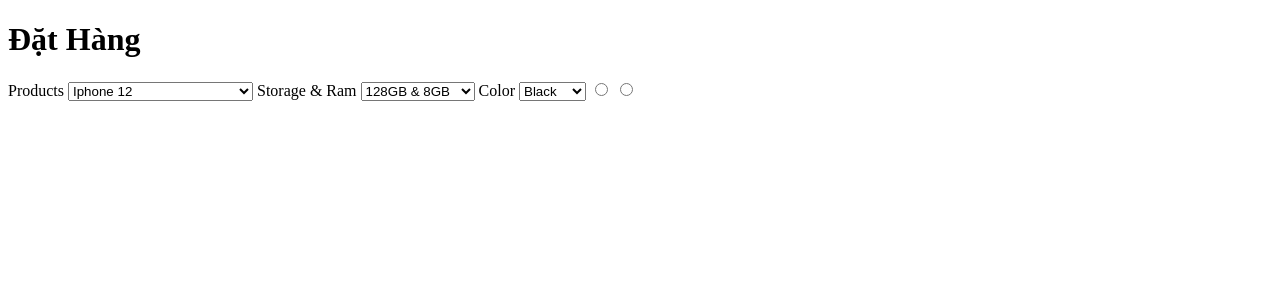
Repository: hisu87/WEB1043-JS
Page: Lab-Done-JS/Lab-7/html/Oder.html
The author's editor kept a copy of each file at every save. The page is drawn from the files as they stood at one save, then again after the next save.
The browser window is 1280 px wide. The pictures show the whole page.

Above is the page before, as saved 2023-04-08 12:55:36.

### Lab-Done-JS/Lab-7/html/Oder.html
<!DOCTYPE html>
<html lang="en">

<head>
    <meta charset="UTF-8">
    <meta http-equiv="X-UA-Compatible" content="IE=edge">
    <meta name="viewport" content="width=device-width, initial-scale=1.0">
    <title>Oder</title>
</head>

<body>
    <h1>Đặt Hàng</h1>
    <form action="#">
        <label for="products">Products</label>
        <select name="products" id="products">
            <option value="1">Iphone 12</option>
            <option value="2">Iphone 12 Pro</option>
            <option value="3">Iphone 12 Pro Max</option>
            <option value="4">Iphone 12 Mini</option>
            <option value="5">SamSung Note 20 Ultra</option>
            <option value="6">SamSung Note 20</option>
            <option value="7">SamSung Note 20 Ultra 5G</option>
            <option value="8">SamSung Note 23 5G</option>
            <option value="9">SamSung Note 20 Ultra 5G</option>
            <option value="10">SamSung Note 20 Ultra 5G</option>
            <option value="11">Pixel 4Xl</option>
            <option value="12">Pixel 4</option>
            <option value="13">Pixel 4A</option>
            <option value="14">Pixel 6</option>
            <option value="15">Pixel 6 Pro</option>
            <option value="16">Pixel 7 Pro </option>
            <option value="17">Pixel 7</option>
        </select>
        <label for="storageandram">Storage & Ram</label>
        <select name="storageandram" id="storageandram">
            <option value="1">128GB & 8GB</option>
            <option value="2">256GB & 8GB</option>
            <option value="3">512GB & 8GB</option>
            <option value="4">1TB & 8GB</option>
            <option value="5">128GB & 12GB</option>
            <option value="6">256GB & 12GB</option>
            <option value="7">512GB & 12GB</option>
            <option value="8">1TB & 12GB</option>
            <option value="9">128GB & 16GB</option>
            <option value="10">256GB & 16GB</option>
            <option value="11">512GB & 16GB</option>
            <option value="12">1TB & 16GB</option>
        </select>
        <label for="color">Color</label>
        <select name="special-color" id="color">
            <option value="1">Black</option>
            <option value="2">White</option>
            <option value="3">Red</option>
            <option value="4">Blue</option>
            <option value="5">Green</option>
            <option value="6">Yellow</option>
            <option value="7">Pink</option>
            <option value="8">Purple</option>
            <option value="9">Orange</option>
            <option value="10">Gray</option>
            <option value="11">Brown</option>
            <option value="12">Gold</option>
            <option value="13">Silver</option>
        </select>
        <input type="radio" name="dia_chi" onclick="hien_thi(false)" />
        <input type="radio" name="dia_chi" onclick="hien_thi(true)" />
        <div id="phi_vc" style="display: none">
            <label for="phi_vc">Phí Vận Chuyển</label>
            <input type="text" name="phi_vc" id="phi_vc">




    </form>


    <script>

        function hien_thi (visible) {
            var phi_vc = document.getElementById("phi_vc");
            phi_vc.style.display = visible ? "" : "none";
        }


    </script>
</body>

</html>

After the next save:
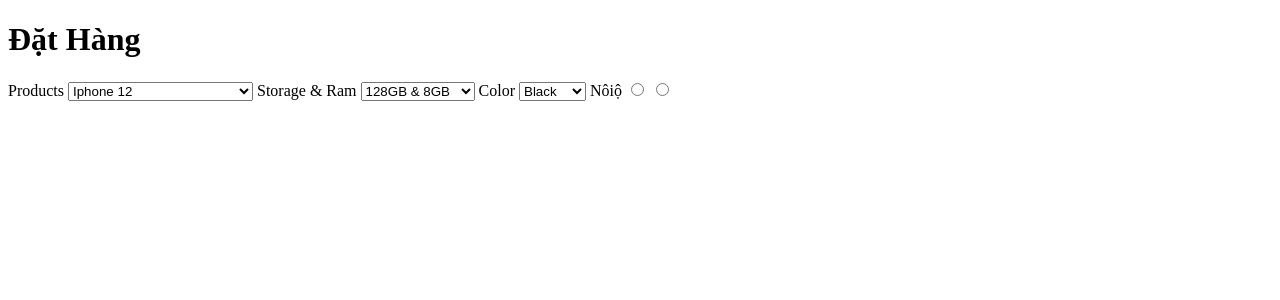
Saved 29 s later.
--- a/Lab-Done-JS/Lab-7/html/Oder.html
+++ b/Lab-Done-JS/Lab-7/html/Oder.html
@@ -62,6 +62,7 @@
             <option value="12">Gold</option>
             <option value="13">Silver</option>
         </select>
+        <label for="dia_chi">Nôiộ</label>
         <input type="radio" name="dia_chi" onclick="hien_thi(false)" />
         <input type="radio" name="dia_chi" onclick="hien_thi(true)" />
         <div id="phi_vc" style="display: none">
